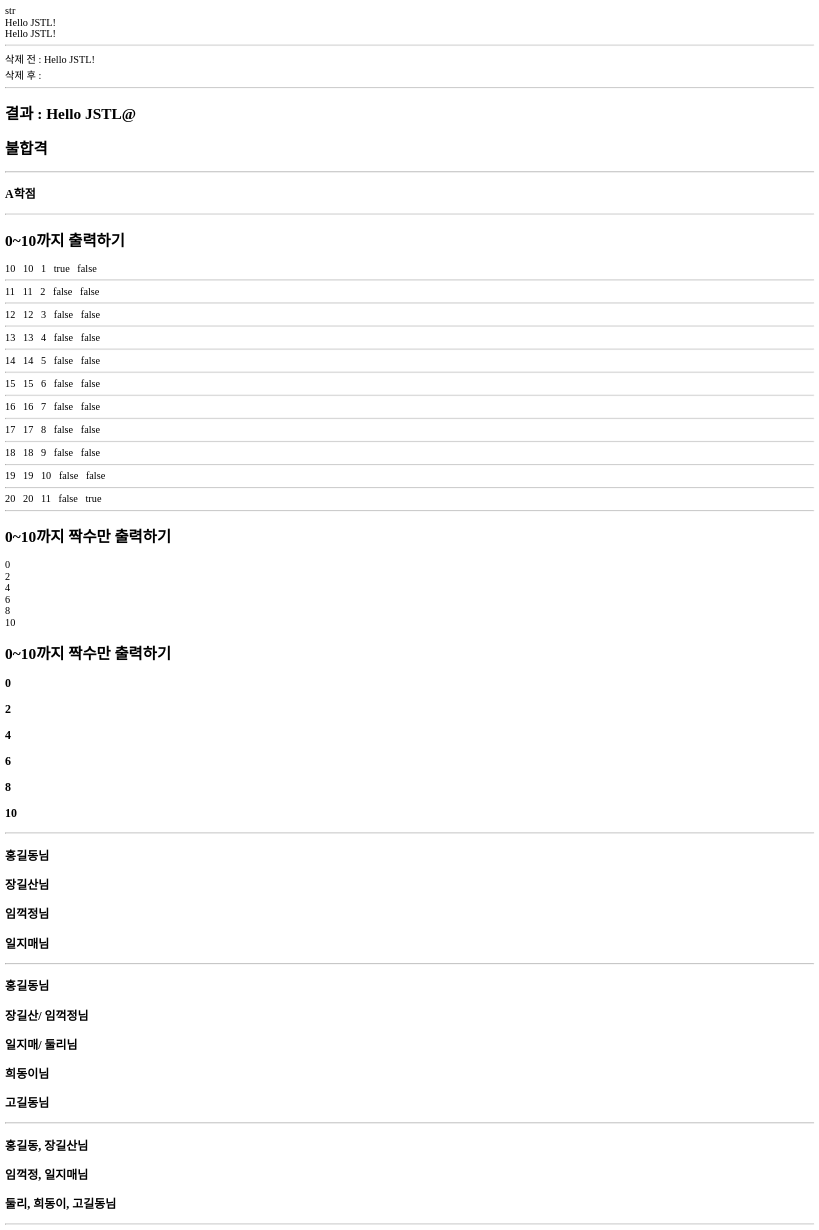
Repository: wjsjsn/23_jspstudy
Page: http://localhost/02_jsp/view/ex13_JSTL.jsp
These files come from the project's save history. The page is drawn as it stood at one moment and after the next save; the edit follows.
The browser window is 1280 px wide. The pictures show the whole page, at 64% of full size.
The page is served by Tomcat 9.

Above is the page before, as saved 2023-07-06 01:21:53.

After the next save:
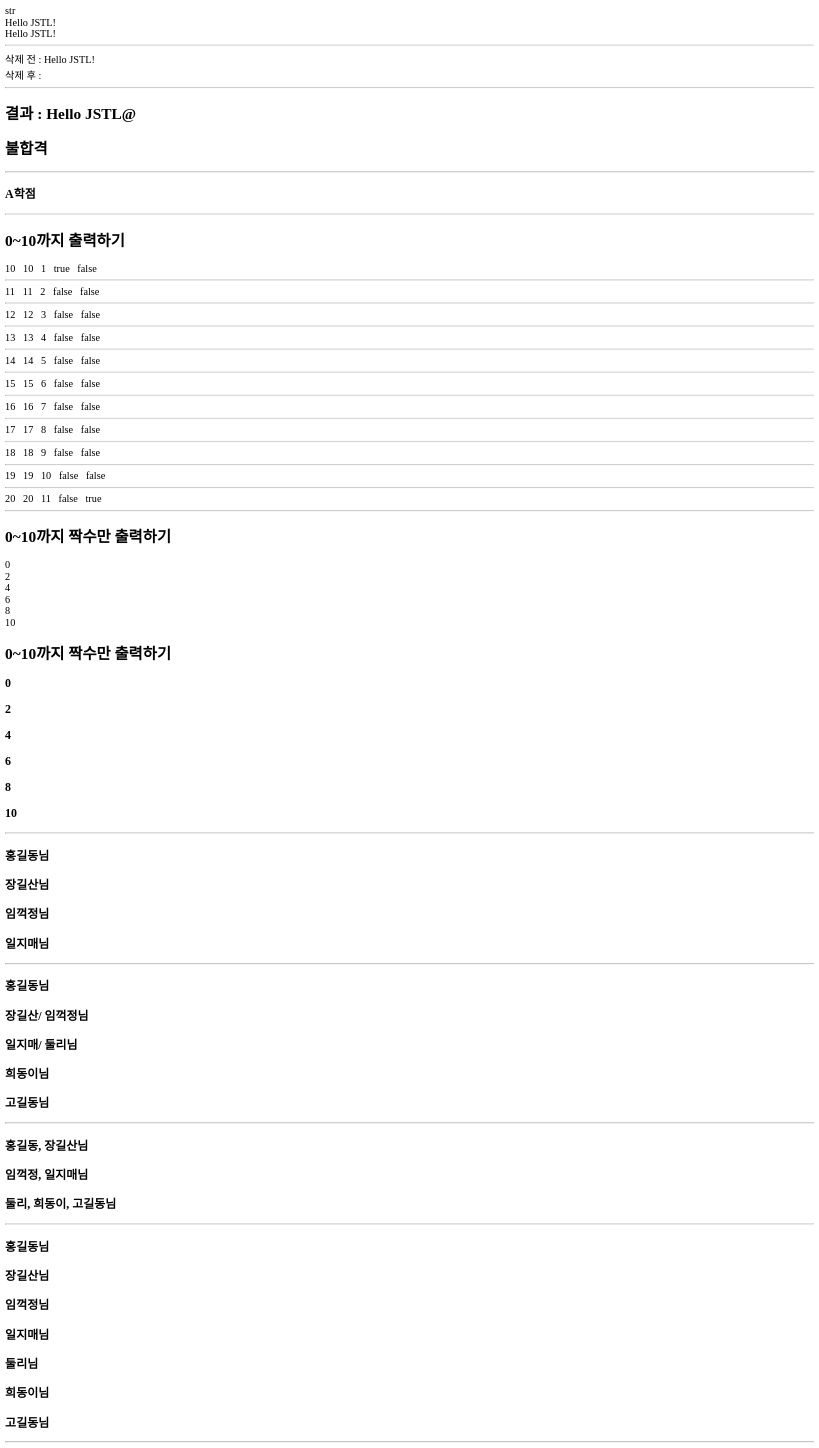
Saved 35 s later.
--- a/02_jsp/src/main/webapp/view/ex13_JSTL.jsp
+++ b/02_jsp/src/main/webapp/view/ex13_JSTL.jsp
@@ -137,5 +137,10 @@
  	  		<h3>${k}님</h3>
  	  </c:forTokens>
  	  <hr>
+
+ 	  <c:forTokens items="${arr_2}" delims=",/" var="k">
+ 	  		<h3>${k}님</h3>
+ 	  </c:forTokens>
+ 	  <hr>
 </body>
 </html>
